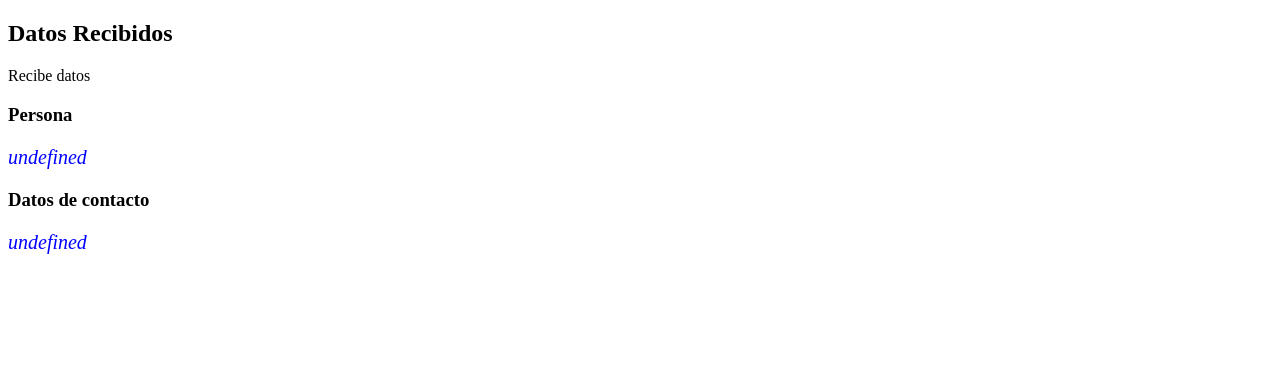
Repository: UVMCoyoacan/VEFY
Page: recibedatosFormCV.html
The author's editor kept a copy of each file at every save. The page is drawn from the files as they stood at one save, then again after the next save.
The browser window is 1280 px wide. The pictures show the whole page.

Above is the page before, as saved 2024-03-01 11:31:25.
Console error: ReferenceError: ad1 is not defined

After the next save:
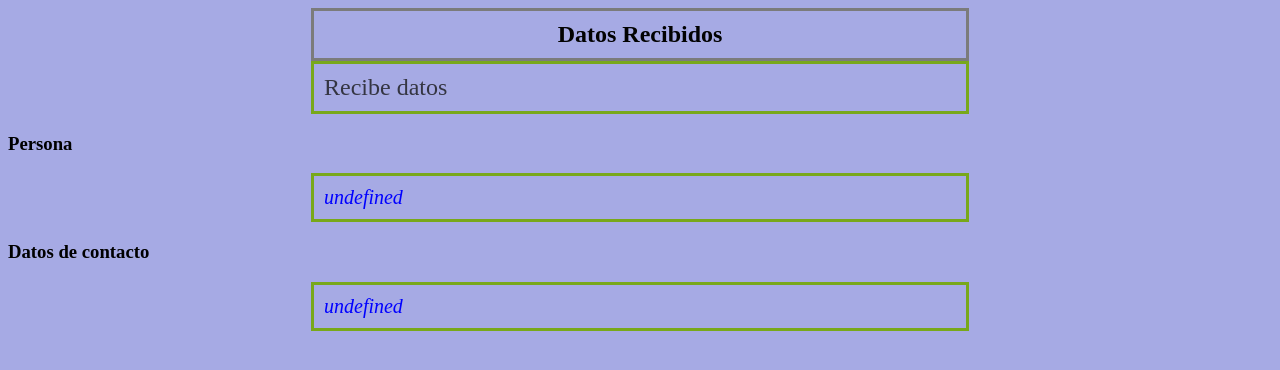
Saved 9 s later.
--- a/recibedatosFormCV.html
+++ b/recibedatosFormCV.html
@@ -1,7 +1,11 @@
 <!DOCTYPE html>
 <html>
 	<head>
+
+        <link rel="stylesheet" href="estilo4.css"/>
 		<script type="text/javascript">
+
+
 			function getUrlVars() { //SOLO CON GET//
 			var vars = {};
 			//AGARRA LA URL//
@@ -24,7 +28,7 @@
 
 				alert("chk= " +ops+": "+ ad1);
 		</script>
-		<meta charset="UTF-8" />
+		<meta charset="utf-8" />
 	</head>
 <body>
 
